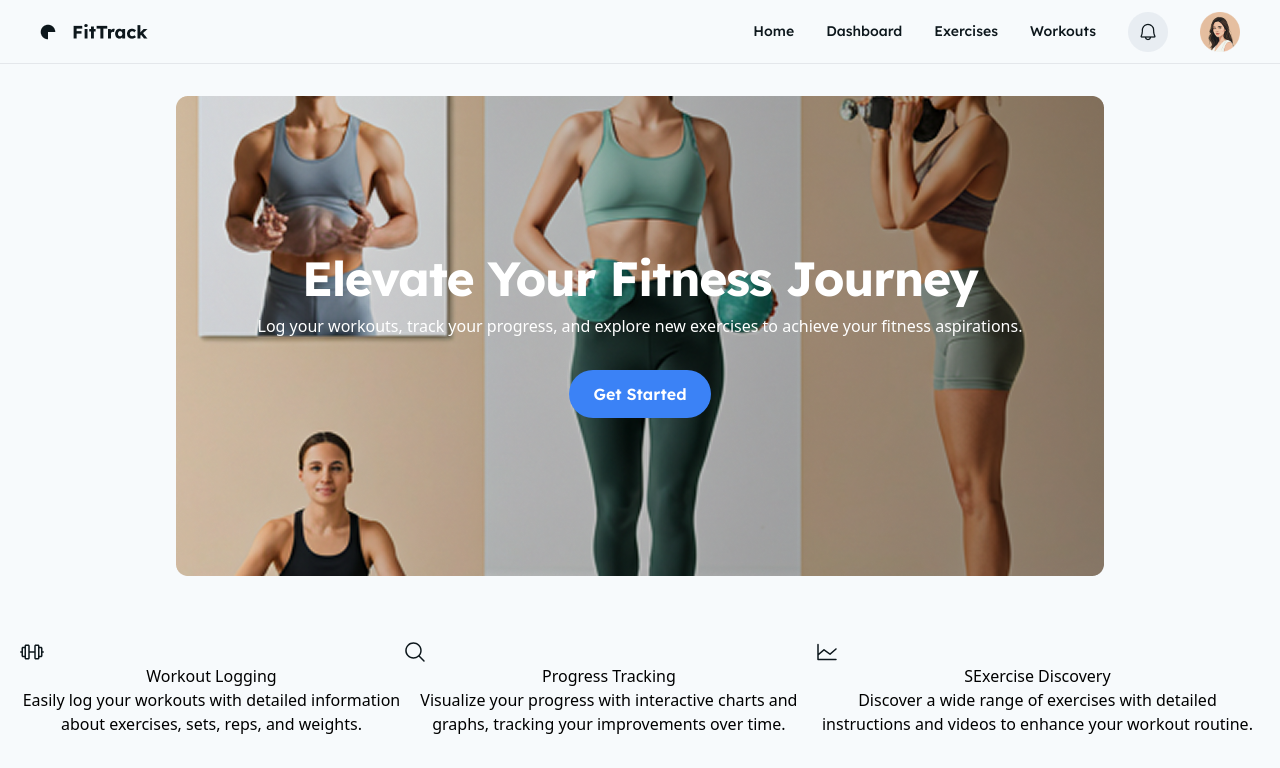
Repository: Emy-gold/fitness-tracking-platform
Page: /
An editor plug-in stored every save of this project. The page is shown before and after the next save, followed by the edit.
The browser window is 1280 px wide. The pictures show the whole page.
The project was rebuilt for these pictures with package versions that can differ from the ones it lists, and the page was loaded fresh each time. Also part of the build but not shown: vite.config.js, src/Pages/Dashboard.jsx, src/Pages/Exercises.jsx, src/Pages/Workouts.jsx, src/components/Footer.jsx.

Above is the page before, as saved 2025-08-24 23:06:16.

After the next save:
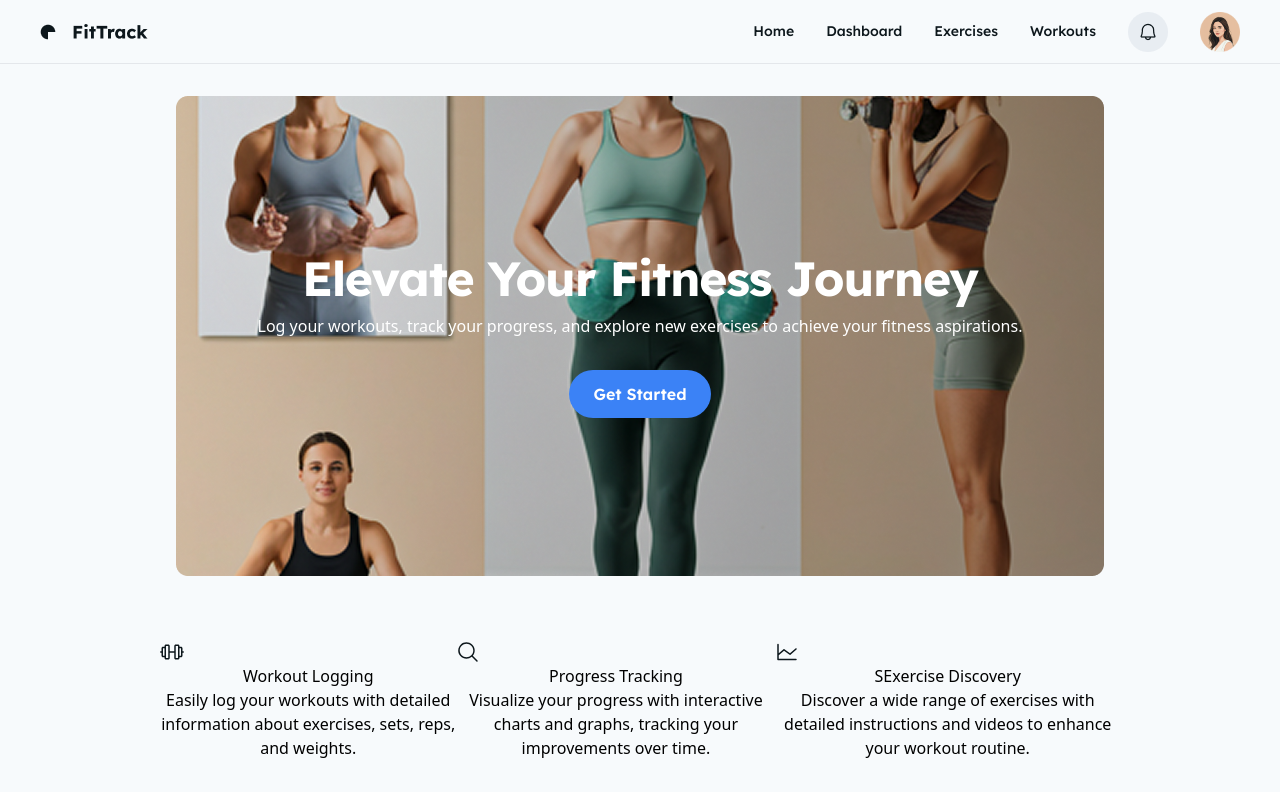
Saved 8 s later.
--- a/src/Pages/Home.jsx
+++ b/src/Pages/Home.jsx
@@ -14,7 +14,7 @@ function Home() {
 
     return (
         <>
-            <main className='flex flex-col justify-center px-5'>
+            <main className='flex flex-col justify-center px-40'>
 
                 <section className='my-8 relative flex justify-center'>
                     <img src={homepic} className="" />
